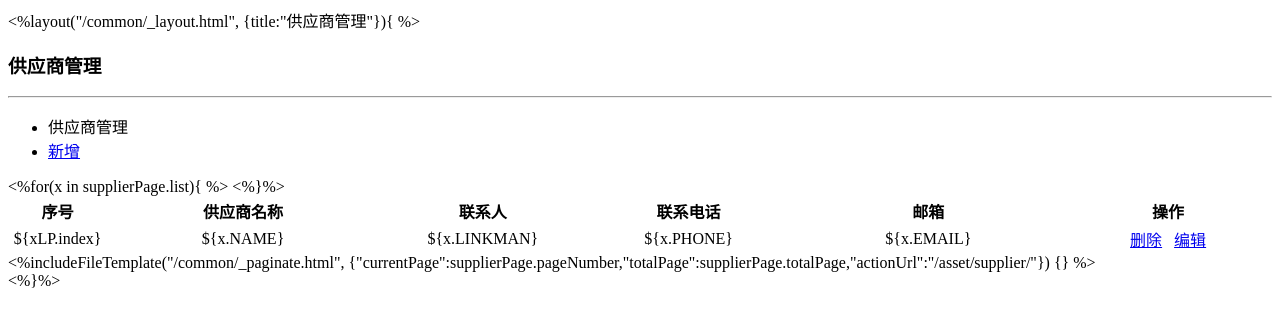
Repository: GaoChengliang/summerTask
Page: Campus_gcl/WebRoot/asset_management/supplier/supplier.html
An editor plug-in stored every save of this project. The page is shown before and after the next save, followed by the edit.
The browser window is 1280 px wide. The pictures show the whole page.

Above is the page before, as saved 2015-07-28 14:24:37.

### Campus_gcl/WebRoot/asset_management/supplier/supplier.html
<%layout("/common/_layout.html", {title:"供应商管理"}){ %>
<div>

	<div class="masthead">
			<h3 class="muted">供应商管理</h3>
	</div>
	<hr/>

    <ul class="breadcrumb">
        <li class="active">供应商管理<span class="divier"></span></li>
        <li><a href="/asset/supplier/add">新增</a></li>
    </ul>
    <!--<a type="button" class="btn btn-primary" href="/blog/add">鍒涘缓Blog</a>-->
    <div>
        <table class="table table-hover">
            <thead>
            <tr>
                <th hidden="true"></th>
                <th style="text-align:center; width:5%">序号</th>
                <th style="text-align:center; width:20%">供应商名称</th>
                <th style="text-align:center; width:15%">联系人</th>
                <th style="text-align:center; width:15%">联系电话</th>
                <th style="text-align:center; width:20%">邮箱</th>
                <th style="text-align:center; width:15%">操作</th>
            </tr>
            </thead>
			<tbody>
           <%for(x in supplierPage.list){ %>
                <tr>
                    <td style="text-align:center;" hidden="true">${x.ID}</td>
                    <td style="text-align:center;">${xLP.index}</td>
                    <td style="text-align:center;">${x.NAME}</td>
                    <td style="text-align:center;">${x.LINKMAN}</td>
                    <td style="text-align:center;">${x.PHONE}</td>
                    <td style="text-align:center;">${x.EMAIL}</td>
                    <td style="text-align:center;">
                        <a href="/asset/supplier/delete/${x.ID}">删除</a>
                        &nbsp;&nbsp;<a href="/asset/supplier/edit/${x.ID}">编辑</a>
                    </td>
                </tr>
            <%}%>
            </tbody>
        </table>
       	<%includeFileTemplate("/common/_paginate.html",
		{"currentPage":supplierPage.pageNumber,"totalPage":supplierPage.totalPage,"actionUrl":"/asset/supplier/"}) {}
	    %>
    </div>
</div>
<%}%>

After the next save:
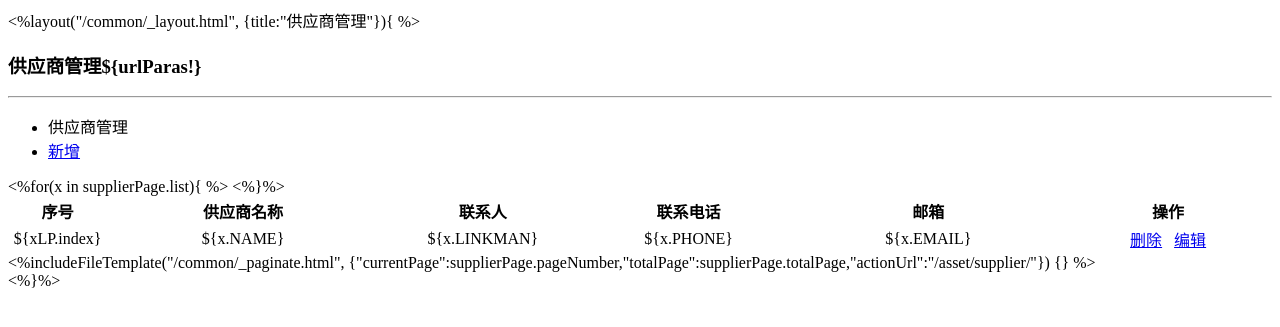
Saved 98 s later.
--- a/Campus_gcl/WebRoot/asset_management/supplier/supplier.html
+++ b/Campus_gcl/WebRoot/asset_management/supplier/supplier.html
@@ -2,7 +2,7 @@
 <div>
 
 	<div class="masthead">
-			<h3 class="muted">供应商管理</h3>
+			<h3 class="muted">供应商管理${urlParas!}</h3>
 	</div>
 	<hr/>
 

After the save that followed:
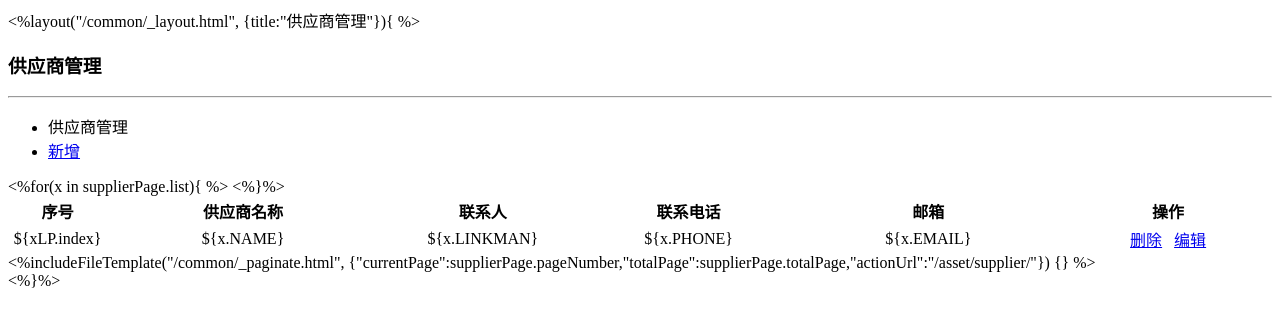
Saved 19 s later.
--- a/Campus_gcl/WebRoot/asset_management/supplier/supplier.html
+++ b/Campus_gcl/WebRoot/asset_management/supplier/supplier.html
@@ -2,7 +2,7 @@
 <div>
 
 	<div class="masthead">
-			<h3 class="muted">供应商管理${urlParas!}</h3>
+			<h3 class="muted">供应商管理</h3>
 	</div>
 	<hr/>
 
